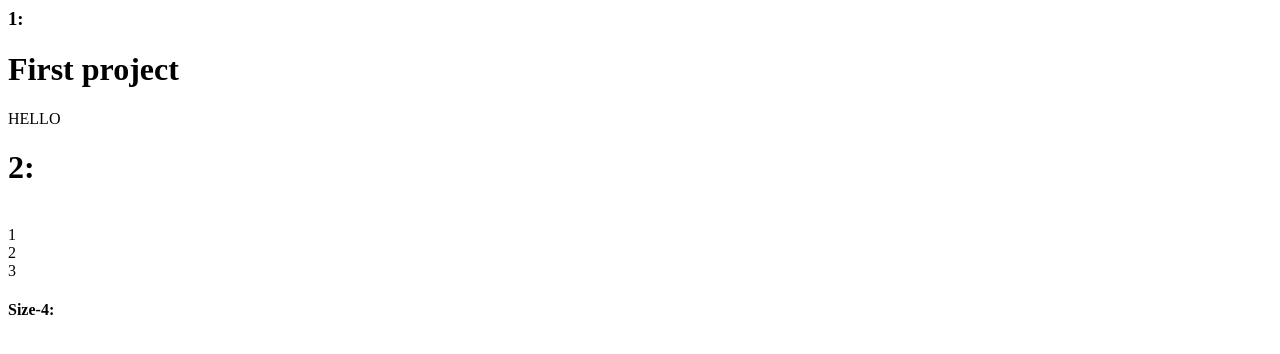
Repository: ZubaerAhmed/2-Corona-virus-eclipse-workspace
Page: http://localhost/CoronaVirus/First.jsp
These files come from the project's save history. The page is drawn as it stood at one moment and after the next save; the edit follows.
The browser window is 1280 px wide. The pictures show the whole page.
The page is served by Tomcat 9. Other server files are loaded and not shown.

Above is the page before, as saved 2020-04-01 15:45:55.

### CoronaVirus/WebContent/First.jsp

<html>
<body>
	<h3>1:</h3>
	<h1>First project</h1>
	<%= new String("Hello").toUpperCase() %>
	 </br>
	<h1>2:</h1>
	<%
		for(int i=1; i<4; i++){
			out.println("</br>" + i);
		}
	%>
	<h4>Size-4:</h4>


</body>
</html>

After the next save:
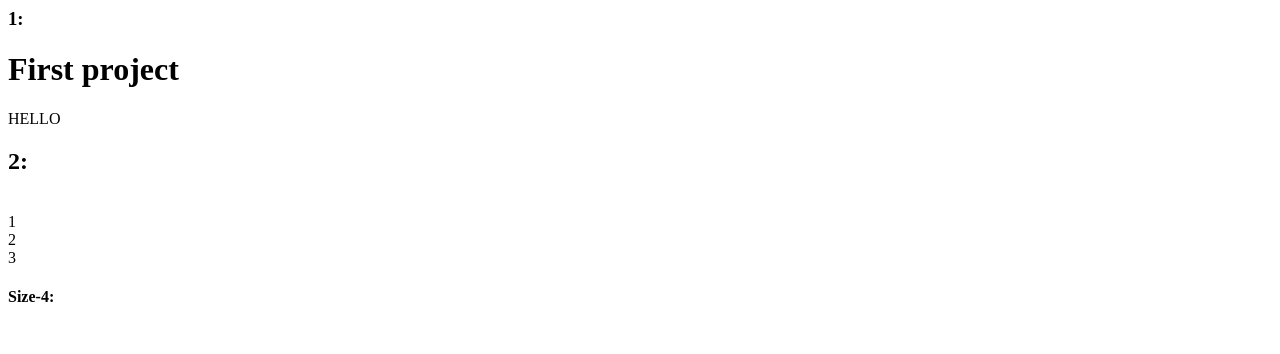
Saved 91 s later.
--- a/CoronaVirus/WebContent/First.jsp
+++ b/CoronaVirus/WebContent/First.jsp
@@ -4,8 +4,8 @@
 	<h3>1:</h3>
 	<h1>First project</h1>
 	<%= new String("Hello").toUpperCase() %>
-	 </br>
-	<h1>2:</h1>
+
+	<h2>2:</h2>
 	<%
 		for(int i=1; i<4; i++){
 			out.println("</br>" + i);
